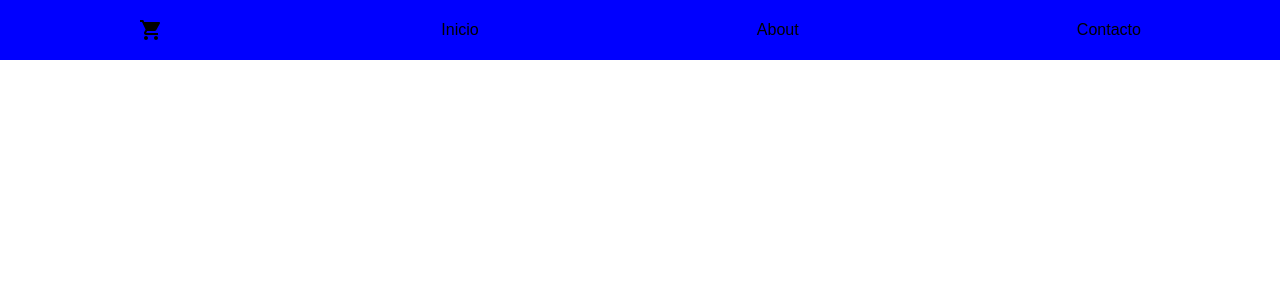
Repository: Toydrum/React-HectorCoronado
Page: /cart
An editor plug-in stored every save of this project. The page is shown before and after the next save, followed by the edit.
The browser window is 1280 px wide. The pictures show the whole page.
The project was rebuilt for these pictures with package versions that can differ from the ones it lists, and the page was loaded fresh each time.

Above is the page before, as saved 2023-06-03 07:52:02.

### src/App.js
import React from 'react'
import './App.css';

//Components
import NavBar from "./components/Navbar/Navbar"
import ItemListContainer from "./components/Contenedor/ItemListContainer"


function App() {
  return (
    <div className="App">
      <NavBar />
    </div>
  );
}

export default App;

### src/components/Navbar/Navbar.js
import React from 'react'
import "./Navbar.css"
import ShoppingCartIcon from '@mui/icons-material/ShoppingCart';
const styles = {
  NavBar: {
    display: "flex",
    justifyContent: "space-around",
    alignItems: "center",
    listStyleType: "none",
    fontFamily: "sans-serif",
    backgroundColor: "blue",
    margin:0,
    padding:0,
    height:60
  }
}


const NavBar =() => {
  return (

    <>
    <nav>
      <ul style={styles.NavBar}>
        <ShoppingCartIcon/>
        <li><a className="link" href="https://www.google.com.mx/?hl=es">Inicio</a></li>
        <li><a className="link" href="https://www.google.com.mx/?hl=es">About</a></li>
        <li><a className="link" href="https://www.google.com.mx/?hl=es">Contacto</a></li>
      </ul>
    </nav>

    </>
  )
}

export default NavBar

### src/components/Navbar/Navbar.css
img {
height: auto;
width: auto;

}

.link{
  text-decoration: none;
  color: black;
}

### src/components/Contenedor/ItemListContainer.js
import React from 'react'

const ItemListContainer = () =>{
  return(
    <button/>
  )
}



export default ItemListContainer

Loaded but not shown: public/index.html (common file); src/index.js (common file); src/index.css (common file); src/App.css (common file)

After the next save:
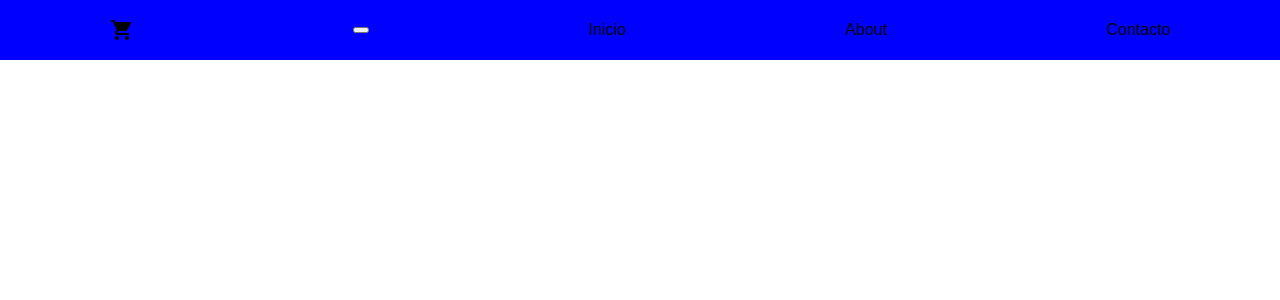
Saved 28 s later.
--- a/src/components/Navbar/Navbar.js
+++ b/src/components/Navbar/Navbar.js
@@ -1,6 +1,7 @@
 import React from 'react'
 import "./Navbar.css"
 import ShoppingCartIcon from '@mui/icons-material/ShoppingCart';
+import ItemListContainer from '../Contenedor/ItemListContainer';
 const styles = {
   NavBar: {
     display: "flex",
@@ -23,6 +24,7 @@ const NavBar =() => {
     <nav>
       <ul style={styles.NavBar}>
         <ShoppingCartIcon/>
+        <ItemListContainer/>
         <li><a className="link" href="https://www.google.com.mx/?hl=es">Inicio</a></li>
         <li><a className="link" href="https://www.google.com.mx/?hl=es">About</a></li>
         <li><a className="link" href="https://www.google.com.mx/?hl=es">Contacto</a></li>
